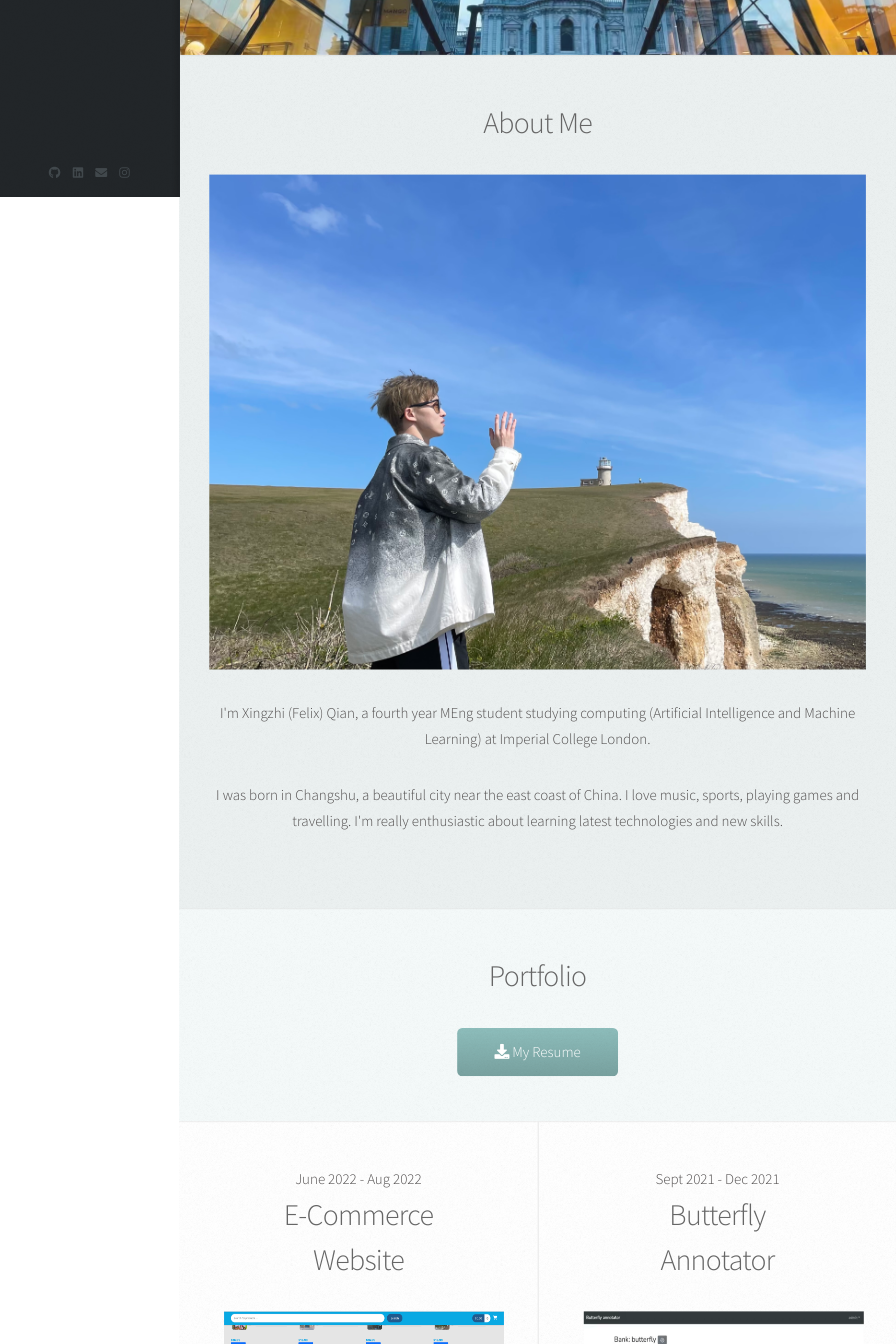
Repository: Felixqxz/Felixqxz.github.io
Page: index.html
The author's editor kept a copy of each file at every save. The page is drawn from the files as they stood at one save, then again after the next save.
The browser window is 1280 px wide. The pictures show the part of the page from y = 438 to 2358 px (the page is 5873 px tall before and 5216 px after), at 70% of full size.

Above is the page before, as saved 2022-08-02 23:34:05.

After the next save:
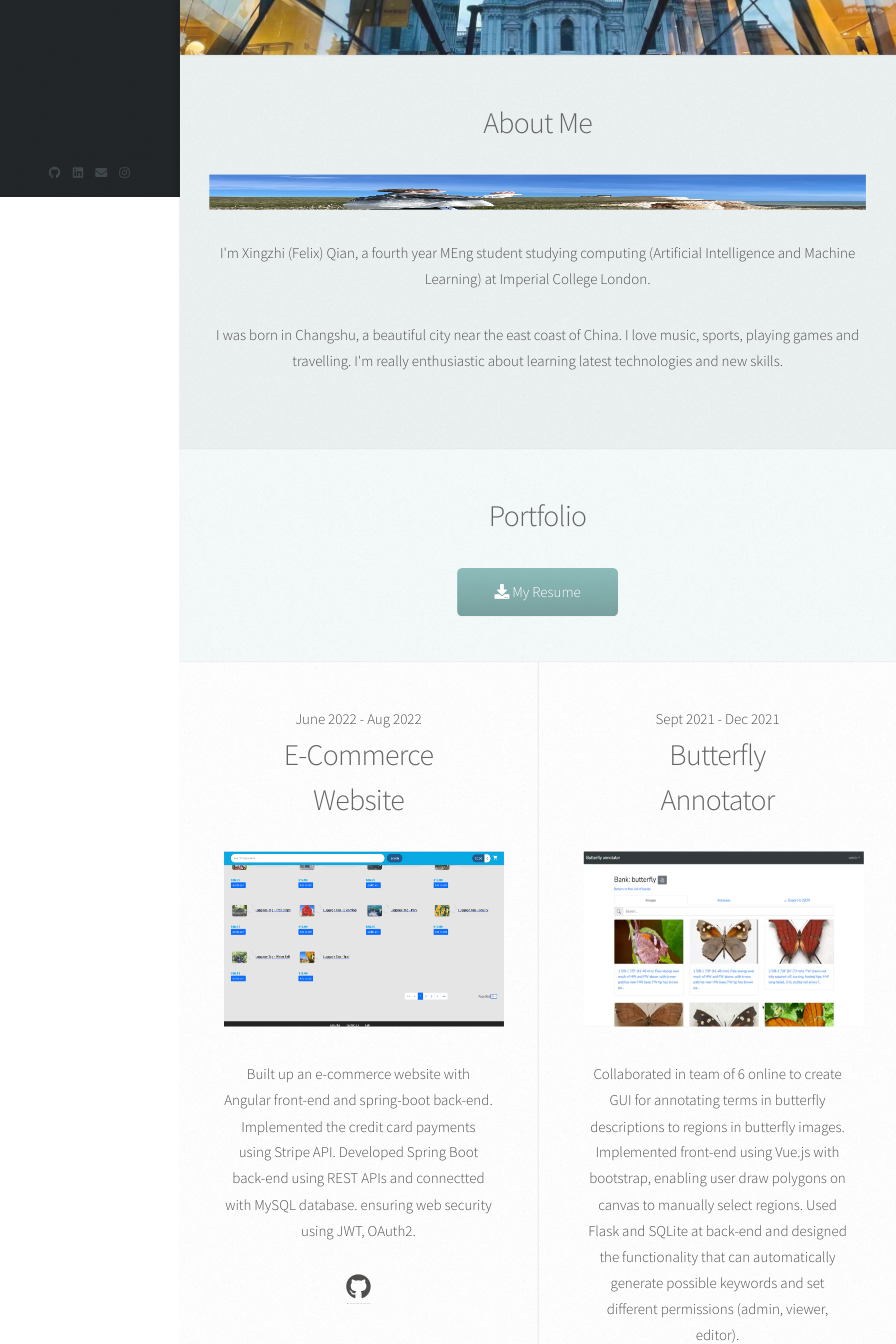
Saved 7 s later.
--- a/index.html
+++ b/index.html
@@ -80,7 +80,7 @@
 								<h2>About Me</h2>
 							</header>
 
-							<a href="#" class="image featured"><img src="images/photo.jpeg" height="50%" alt="" /></a>
+							<a href="#" class="image featured"><img src="images/photo.jpeg" height="50" alt="" /></a>
 
 							<p>I'm Xingzhi (Felix) Qian, a fourth year MEng student studying computing (Artificial Intelligence and Machine Learning) at Imperial College London. </p>
 							<p>I was born in Changshu, a beautiful city near the east coast of China. I love music, sports, playing games and travelling.

After the 2 saves that followed:
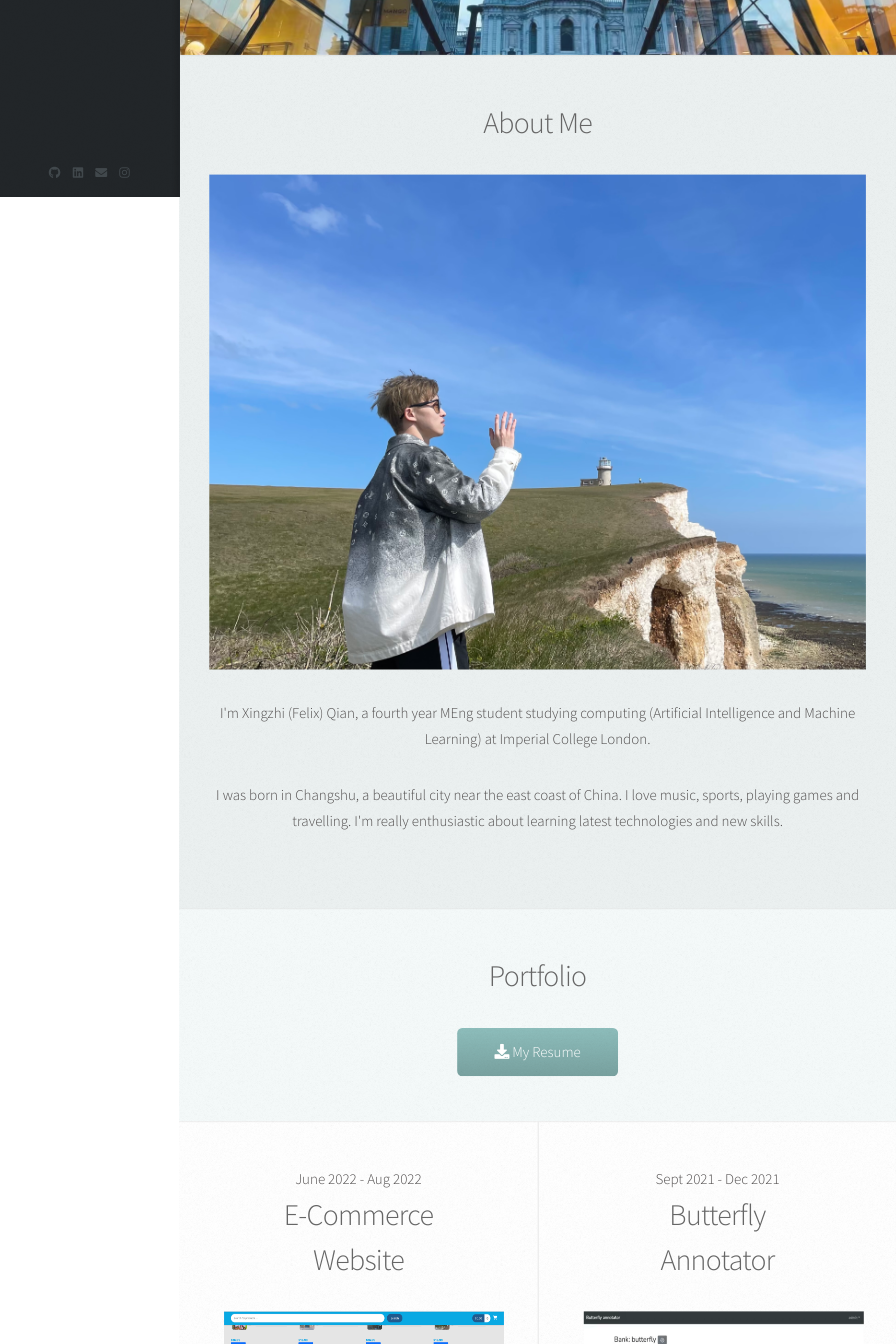
The 2 saves are shown as one change because 1 left the picture as it was.
The last was saved 57 s later.
--- a/index.html
+++ b/index.html
@@ -80,7 +80,7 @@
 								<h2>About Me</h2>
 							</header>
 
-							<a href="#" class="image featured"><img src="images/photo.jpeg" height="50" alt="" /></a>
+							<a href="#" class="image featured"><img src="images/photo.jpeg" alt="" /></a>
 
 							<p>I'm Xingzhi (Felix) Qian, a fourth year MEng student studying computing (Artificial Intelligence and Machine Learning) at Imperial College London. </p>
 							<p>I was born in Changshu, a beautiful city near the east coast of China. I love music, sports, playing games and travelling.
